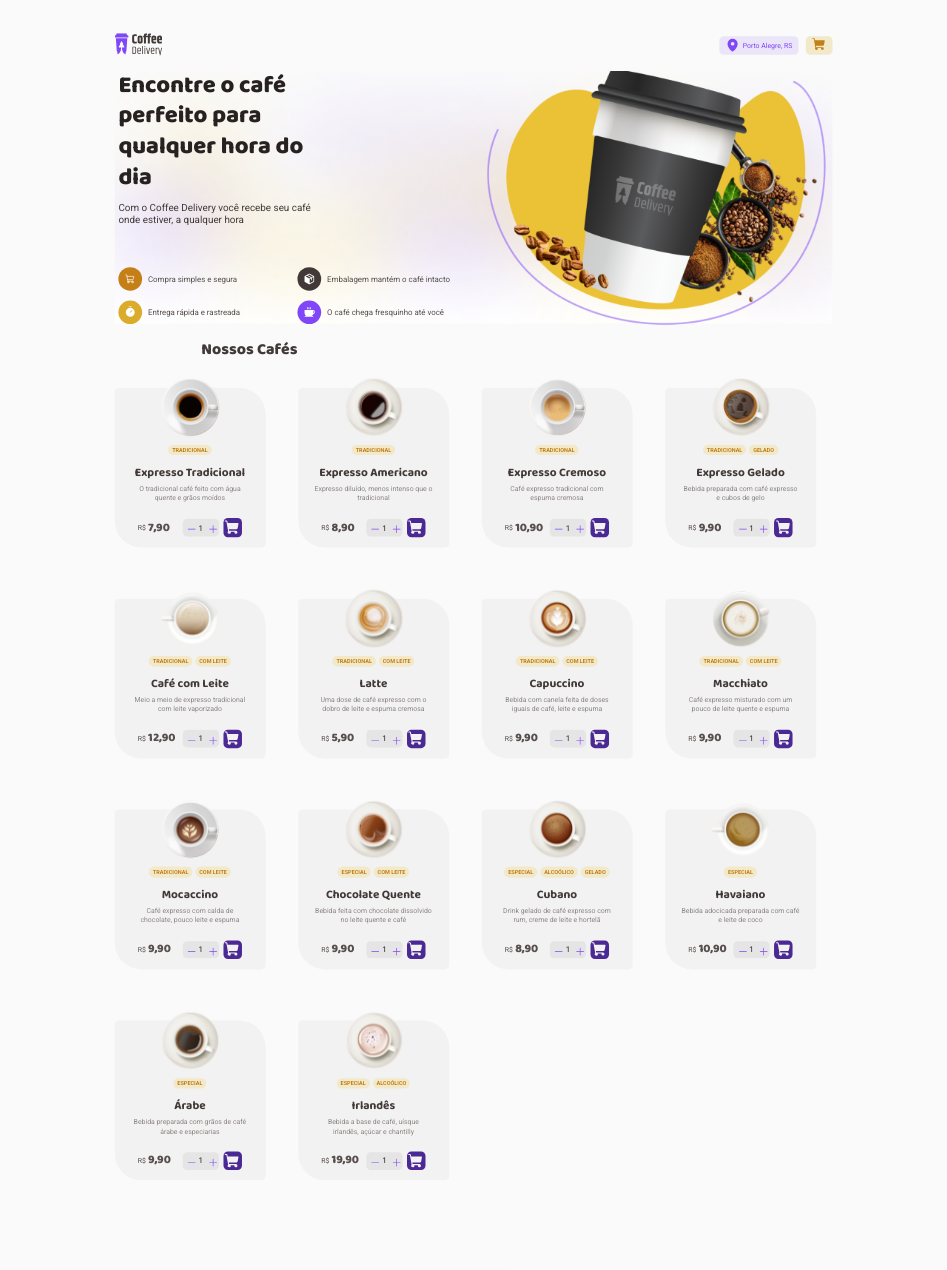
Repository: guilhermecardoso93/react-coffee-delivery
Page: /
An editor plug-in stored every save of this project. The page is shown before and after the next save, followed by the edit.
The browser window is 1280 px wide. The pictures show the whole page, at 74% of full size.
The project was rebuilt for these pictures with package versions that can differ from the ones it lists, and the page was loaded fresh each time. Also part of the build but not shown: vite.config.ts, src/pages/CompleteOrder/components/SectiontitleForm/styles.ts, src/pages/CompleteOrder/components/SectiontitleForm/index.tsx, src/components/Input/styles.ts, src/components/Input/index.tsx, src/pages/CompleteOrder/styles.ts, src/pages/CompleteOrder/components/CompleteOrderForm/styles.ts, src/pages/CompleteOrder/components/CompleteOrderForm/AdressForm.tsx and 9 more.

Above is the page before, as saved 2022-07-20 20:55:20.

### index.html
<!DOCTYPE html>
<html lang="en">
  <head>
    <meta charset="UTF-8" />
    <link rel="icon" type="image/svg+xml" href="/src/assets/favicon.ico" />
    <link rel="preconnect" href="https://fonts.googleapis.com" />
    <link rel="preconnect" href="https://fonts.gstatic.com" crossorigin />
    <meta name="viewport" content="width=device-width, initial-scale=1.0" />
    <link
      href="https://fonts.googleapis.com/css2?family=Baloo+2:wght@700;800&family=Roboto:wght@400;500;700&display=swap"
      rel="stylesheet"
    />
    <title>Coffee Delivery - Rocketseat</title>
  </head>
  <body>
    <div id="root"></div>
    <script type="module" src="/src/main.tsx"></script>
  </body>
</html>

### src/App.tsx
import { ThemeProvider } from "styled-components";
import { defaultTheme } from "./styles/themes/default";
import { GlobalStyle } from "./styles/global";
import { Router } from "./Router";
import { BrowserRouter } from "react-router-dom";

export function App() {
  return (
    <ThemeProvider theme={defaultTheme}>
      <BrowserRouter>
        <Router />
        <GlobalStyle />
      </BrowserRouter>
    </ThemeProvider>
  );
}

### src/styles/themes/default.ts
export const defaultTheme = {
  colors: {
    "white": "#FFFFFF",
    "base-background": "#FAFAFA",
    "base-card": "#F3F2F2",
    "base-input": "#EDEDED",
    "base-button": "#E6E5E5",
    "base-hover": "#D7D5D5",
    "base-label": "#8D8686",
    "base-text": "#574F4D",
    "base-subtitle": "#403937",
    "base-title": "#272221",
    "base-error": "#f84747",
    "brand-purple-dark": "#4B2995",
    "brand-purple": "#8047F8",
    "brand-purple-light": "#EBE5F9",
    "brand-yellow-dark": "#C47F17",
    "brand-yellow": "#DBAC2C",
    "brand-yellow-light": "#F1E9C9"
  },
  textSizes: {
    "title-title-xl": "3rem",
    "title-title-l": "2rem",
    "title-title-m": "1.5rem",
    "title-title-s": "1.2rem",
    "title-title-xs": "1.125rem",
    "text-regular-l": "1.25rem",
    "text-bold-l": "1.25rem",
    "text-regular-m": "1rem",
    "text-bold-m": "1rem",
    "text-regular-s": "0.875rem",
    "text-bold-s": "0.75rem",
    "components-tag": "0.625rem",
    "components-button-g": "0.875rem",
    "components-button-s": "0.75rem",
  },
  fonts: {
    regular: "'Roboto'",
    title: "'Baloo 2'",
  },
};

### src/styles/global.ts
import { createGlobalStyle } from "styled-components";
import { px2vw } from "../utils/px2vw";

export const GlobalStyle = createGlobalStyle`
  * {
    margin: 0;
    padding: 0;
    box-sizing: border-box;
    outline: none;
  }
  :root {
      font-size: ${px2vw(16)};

      @media (min-width: 768px) {
        font-size: ${px2vw(14)};
      }

      @media (min-width: 1024px) {
        font-size: ${px2vw(12)};
      }
    }
  body {
    background: ${({ theme }) => theme.colors["base-background"]};
    color: ${({ theme }) => theme.colors["base-text"]};
    -webkit-font-smoothing: antialiased;
  }
  body, input, textarea, button {
    font-family: 'Roboto', sans-serif;
    font-weight: 400;
    font-size: 1rem;
  }
  button {
    cursor: pointer;
  }
  a {
    text-decoration: none;
  }
  input::-webkit-outer-spin-button,
  input::-webkit-inner-spin-button {
    -webkit-appearance: none;
    margin: 0;
  }
  input[type="number"] {
    -moz-appearance: textfield;
  }
  ::-webkit-scrollbar {
    width: 0.4rem;
  }
  ::-webkit-scrollbar-track {
    background: ${({ theme }) => theme.colors["base-button"]}
  }
  ::-webkit-scrollbar-thumb {
    border-radius: 2rem;
    background: ${({ theme }) => theme.colors["brand-purple"]}
  }
`;

### src/Router.tsx
import { Route, Routes } from "react-router-dom";
import { DefaultLayout } from "./layouts/DefaultLayout";
import { CompleteOrder } from "./pages/CompleteOrder";
import { Home } from "./pages/Home";

export function Router() {
  return (
    <Routes>
      <Route path="/" element={<DefaultLayout />}>
        <Route path="/" element={<Home />} />
        <Route path="/completeorder" element={<CompleteOrder />} />
      </Route>
    </Routes>
  );
}

### src/utils/px2vw.ts
export const px2vw = (size: number, width = 1440) => `${(size / width) * 100}vw`;

### src/pages/Home/index.tsx
import { useTheme } from "styled-components";
import { Intro } from "./Intro";
import { Menu } from "./Menu";
import { HomeContainer } from "./styles";

interface BenefitItemProps {
  iconBg?: string;
}

export function Home({ iconBg }: BenefitItemProps) {

  return (
    <HomeContainer>
      <Intro />
      <Menu/>
    </HomeContainer>
  );
}

### src/components/Header/index.tsx
import { MapPin, ShoppingCart } from "phosphor-react";
import { NavLink } from "react-router-dom";
import Logo from "../../assets/logo.svg";
import { HeaderButton, HeaderButtonBase, HeaderContainer } from "./styles";

export function Header() {
  return (
    <HeaderContainer>
      <div>
        <NavLink to="/">
          <img
            src={Logo}
            alt="Coffee Delivery Logo - copo de café escrito delivery"
          />
        </NavLink>
      </div>
      <div>
        <HeaderButton>
          <HeaderButtonBase variant="purple">
            <MapPin size={20} weight="fill" />
            Porto Alegre, RS
          </HeaderButtonBase>
          <HeaderButtonBase variant="yellow">
            <NavLink to="/completeorder">
              <ShoppingCart size={20} weight="fill" />
            </NavLink>
          </HeaderButtonBase>
        </HeaderButton>
      </div>
    </HeaderContainer>
  );
}

### src/layouts/DefaultLayout/styles.ts
import styled from "styled-components";

export const LayoutContainer = styled.div`
  max-width: 80vw;
  margin: 0 auto;
  padding: 2.5rem;

  display: flex;
  flex-direction: column;

  .container {
    width: 100%;
    max-width: 70rem;
    margin-right: auto;
    margin-left: auto;

    padding: 0 0.5rem;
  }
`;

### src/pages/Home/Intro/index.tsx
import { Coffee, MapPin, Package, ShoppingCart, Timer } from "phosphor-react";
import { RegularText } from "../../../components/Texts";
import { useTheme } from "styled-components";
import CoffeHome from "../../../assets/intro-img.png";
import {
  BenefitsContainer,
  IconList,
  IntroContainer,
  IntroContent,
  IntroTitle,
  CoffeeImgHome
} from "./styles";

interface BenefitItemProps {
  iconBg?: string;
}

export function Intro({ iconBg }: BenefitItemProps) {
  const { colors } = useTheme();

  return (
    <IntroContainer>
      <IntroContent className="container">
        <div>
          <section>
            <IntroTitle size="xl">
              Encontre o café perfeito para qualquer hora do dia
            </IntroTitle>
            <RegularText
              as="h3"
              size="l"
              color="subtitle"
              className="regularText"
            >
              Com o Coffee Delivery você recebe seu café onde estiver, a
              qualquer hora
            </RegularText>
          </section>
          <BenefitsContainer>
            <IconList iconBg={colors["brand-yellow-dark"]} className="area01">
              <div>
                <ShoppingCart size={14} />
              </div>
              <p>Compra simples e segura</p>
            </IconList>
            <IconList iconBg={colors["base-subtitle"]} className="area02">
              <div>
                <Package size={16} weight="fill" />
              </div>
              <p>Embalagem mantém o café intacto</p>
            </IconList>
            <IconList iconBg={colors["brand-yellow"]} className="area03">
              <div>
                <Timer size={16} weight="fill" />
              </div>
              <p>Entrega rápida e rastreada</p>
            </IconList>
            <IconList iconBg={colors["brand-purple"]} className="area04">
              <div>
                <Coffee size={16} weight="fill" />
              </div>
              <p>O café chega fresquinho até você</p>
            </IconList>
          </BenefitsContainer>
        </div>
      </IntroContent>
      <CoffeeImgHome>
        <img src={CoffeHome} />
      </CoffeeImgHome>
    </IntroContainer>
  );
}

### src/pages/Home/Menu/index.tsx
import { TitleText } from "../../../components/Texts";
import { coffees } from "../../../data/coffees";
import { MenuCard } from "../MenuCard";
import { MenuContainer, MenuList } from "./styles";

export function Menu() {
  return (
    <MenuContainer>
      <TitleText size="l" color="subtitle" className="container">
        Nossos Cafés
      </TitleText>
      <MenuList>
        {coffees.map(coffee => <MenuCard key={coffee.id} coffee={coffee} />)}
      </MenuList>
    </MenuContainer>
  );
}

### src/pages/Home/styles.ts
import styled from "styled-components";

export const HomeContainer = styled.main`
  margin-bottom: 4.8rem;
`;

### src/components/Header/styles.ts
import styled, { css } from "styled-components";

export const HeaderContainer = styled.header`
  width: 100%;
  display: flex;
  align-items: center;
  justify-content: space-between;
  height: 6.5rem;
  background: ${({ theme }) => theme.colors["base-background"]};
  position: sticky;
  top: 0;
  left: 0;
  z-index: 5;

  img {
    width:6rem;
  }
`;

export const HeaderButton = styled.div`
  display: flex;
  align-items: center;
  justify-content: center;
  gap: 1rem;
`;

interface HeaderButtonProps {
  variant: "purple" | "yellow";
}

export const HeaderButtonBase = styled.div<HeaderButtonProps>`
  display: flex;
  justify-content: center;
  align-items: center;
  padding: 8px;
  gap: 4px;
  border-radius: 6px;
  border: none;
  min-width: 2.3rem;
  height: 2.3rem;
  position: relative;
  font-size: 0.875rem;

  ${({ variant, theme }) =>
    variant === "purple" &&
    css`
      background-color: ${theme.colors[`brand-${variant}-light`]};
      color: ${theme.colors[`brand-${variant}`]};
    `}

  ${({ variant, theme }) =>
    variant === "yellow" &&
    css`
      background-color: ${theme.colors[`brand-${variant}-light`]};
      svg {
        color: ${theme.colors[`brand-${variant}-dark`]};
      }
    `}
`;

### src/components/Texts.ts
import styled from "styled-components";

interface TitleTextProps {
  size?: "xl" | "l" | "m" | "s" | "xs";
  color?: "title" | "subtitle" | "text";
  weight?: string | number;
}

interface RegularTextProps {
  size?: "l" | "m" | "s";
  color?: "text" | "subtitle" | "label";
  weight?: string | number;
}

export const TitleText = styled.h1<TitleTextProps>`
  color: ${({ theme, color }) => theme.colors[`base-${color ?? "title"}`]};
  font-size: ${({ theme, size }) =>
    theme.textSizes[`title-title-${size ?? "m"}`]};
  font-family: ${({ theme }) => theme.fonts.title};
  line-height: 130%;
  font-weight: ${({ weight }) => weight ?? 800};
`;

export const RegularText = styled.p<RegularTextProps>`
  color: ${({ theme, color }) => theme.colors[`base-${color ?? "text"}`]};
  font-size: ${({ theme, size }) =>
    theme.textSizes[`text-regular-${size ?? "m"}`]};
  line-height: 130%;
  font-weight: ${({ weight }) => weight ?? 400};
`;

### src/pages/Home/Intro/styles.ts
import styled from "styled-components";
import background from "../../../assets/intro-background.png";
import { rgba } from "polished";
import { TitleText } from "../../../components/Texts";

interface IconsContainerProps {
  iconBg: string;
}

export const IntroContainer = styled.section`
  width: 100%;
  height: 32rem;

  background: ${({ theme }) => `url(${background}) no-repeat center,
      linear-gradient(
        0deg,
        ${theme.colors["white"]} 0%,
        ${rgba(theme.colors["base-background"], 0.2)} 50%,
        ${theme.colors["base-background"]} 100%
      )`};
  background-size: cover;
  display: flex;
  align-items: center;
  justify-content: center;
`;

export const IntroContent = styled.div`
  width: 100%;
  display: flex;
  align-items: center;
  justify-content: space-between;
  gap: 3.5rem;

  .regularText {
    width: 60%;
  }
`;
export const IntroTitle = styled(TitleText)`
  width: 60%;
  margin-bottom: 1rem;
`;

export const BenefitsContainer = styled.div`
  width: 100%;
  display: grid;
  grid-template-columns: 1fr 1fr;
  row-gap: 1.25rem;
  margin-top: 5.125rem;
`;

export const IconList = styled.span<IconsContainerProps>`
  display: flex;
  align-items: center;
  gap: 0.75rem;

  div {
    display: flex;
    flex-direction: row;
    justify-content: center;
    align-items: center;
    padding: 8px;
    gap: 8px;
    background: ${({ iconBg }) => iconBg};
    width: 32px;
    height: 32px;
    color: ${(props) => props.theme.colors["white"]};
    border-radius: 50%;
    border: none;
  }
  p {
    color: ${(props) => props.theme.colors["base-text"]};
  }
`;

export const CoffeeImgHome = styled.div`
  display: flex;
  align-items: center;
  justify-content: center;
`;

### src/pages/Home/MenuCard/index.tsx
import { RegularText, TitleText } from "../../../components/Texts";
import { ShoppingCart } from "phosphor-react";
import {
  MenuCardContainer,
  Name,
  Tags,
  Description,
  CardFooter,
  CardOrderQuantity
} from "./styles";
import CoffeImg1 from "../../../assets/coffees/coffee.png";
import { QuantityInput } from "../../../components/QuantityInput";
import { formatMoney } from "../../../utils/formatMoney";

export interface Coffee {
  id: number;
  tags: string[];
  name: string;
  description: string;
  photo: string;
  price: number;
}

interface CoffeeProps {
  coffee: Coffee;
}

export function MenuCard({ coffee }: CoffeeProps) {
  const pricePretty = formatMoney(coffee.price)

  return (
    <MenuCardContainer>
      <img src={`../coffees/${coffee.photo}`} />
      <Tags>
       {coffee.tags.map( (tag) =>(
         <span key={`${coffee.id}${coffee.tags}`}>{tag}</span>
       ))}
      </Tags>
      <Name>{coffee.name}</Name>

      <Description>
        {coffee.description}
      </Description>

      <CardFooter>
        <div>
          <RegularText size="s">R$</RegularText>
          <TitleText size="m" color="text" as="strong">
            {pricePretty}
          </TitleText>
        </div>
        <CardOrderQuantity>
          <QuantityInput />
          <button>
            <ShoppingCart size={22} weight="fill" />
          </button>
        </CardOrderQuantity>
      </CardFooter>
    </MenuCardContainer>
  );
}

### src/pages/Home/Menu/styles.ts
import styled from "styled-components";

export const MenuContainer = styled.section`
  width: 100%;
  margin-top: 2rem;
`;

export const MenuList = styled.div`
  width: 100%;
  display: grid;
  grid-template-columns: repeat(4, 1fr);
  column-gap: 2rem;
  row-gap: 2.5rem;
  margin-top: 3.5rem;
`;

### src/components/QuantityInput/index.tsx
import { Minus, Plus } from "phosphor-react";
import { Icon, QuantityInputContainer } from "./styles";

interface QuantityInputProps {
  size?: "medium" | "small";
  quantity?: number;
  onIncrease?: () => void;
  onDecrease?: () => void;
}

export function QuantityInput({
  onIncrease,
  onDecrease,
  quantity,
  size = "medium"
}: QuantityInputProps) {
  return (
    <QuantityInputContainer size={size}>
      <Icon>
        <Minus size={14} weight="fill" />
      </Icon>
      <input type="number" readOnly value={1} />
      <Icon>
        <Plus size={14} weight="fill" />
      </Icon>
    </QuantityInputContainer>
  );
}

### src/pages/Home/MenuCard/styles.ts
import styled from "styled-components";
import { RegularText, TitleText } from "../../../components/Texts";

export const MenuCardContainer = styled.section`
  width: 90%;
  background-color: ${({ theme }) => theme.colors["base-card"]};
  border-radius: 6px 36px 6px 36px;
  padding: 1.3rem;
  display: flex;
  flex-direction: column;
  align-items: center;
  justify-content: center;
  padding-top: 0;
  text-align: center;
  margin-bottom: 4rem;
  transition: 0.4s;

  img {
    width: 7.5rem;
    height: 7.5rem;
    margin-top: -1.25rem;
  }
`;

export const Tags = styled.div`
  width: 100%;
  display: flex;
  align-items: center;
  justify-content: center;
  gap: 4px;
  margin-top: 1rem;
  margin-bottom: 1.25rem;
  flex-wrap: wrap;

  span {
    background-color: ${({ theme }) => theme.colors["brand-yellow-light"]};
    color: ${({ theme }) => theme.colors["brand-yellow-dark"]};

    font-size: 0.7rem;
    font-weight: 700;
    text-transform: uppercase;

    padding: 0.25rem 0.5rem;
    border-radius: 999px;
  }
`;

export const Name = styled(TitleText).attrs({
  color: "subtitle",
  weight: 700
})`
  margin-bottom: 0.5rem;
  font-size: 1.5rem;
`;

export const Description = styled(RegularText).attrs({
  color: "label"
})`
  width: 15rem;
  margin-bottom: 2rem;
  font-size: 0.875rem;
`;

export const CardFooter = styled.div`
  width: 80%;
  display: flex;
  align-items: center;
  justify-content: space-between;

  > div {
    display: flex;
    align-items: center;
    gap: 3px;

    p {
      line-height: 0.75rem;
    }
  }
`;

export const CardOrderQuantity = styled.div`
  width: 7.5rem;

  > button {
    width: 2.375rem;
    height: 2.375rem;
    border: none;
    display: flex;
    align-items: center;
    justify-content: center;
    background-color: ${({ theme }) => theme.colors["brand-purple-dark"]};
    color: ${({ theme }) => theme.colors["base-card"]};
    border-radius: 6px;
    margin-left: 0.3rem;
    transition: 0.4s;

    &:hover {
      background-color: ${({ theme }) => theme.colors["brand-purple"]};
    }
  }
`;

### src/utils/formatMoney.ts
export function formatMoney(value: number) {
  return value.toLocaleString("pt-BR", {
    minimumFractionDigits: 2,
  });
}

### src/components/QuantityInput/styles.ts
import styled from "styled-components";

interface QuantityInput {
  size?: "medium" | "small";
}

export const QuantityInputContainer = styled.div`
  flex: 1;
  display: flex;
  align-items: center;
  justify-content: space-between;
  gap: 4px;
  padding: 0.5rem;

  background: ${({ theme }) => theme.colors["base-button"]};
  border-radius: 6px;

  input {
    text-align: center;
    width: 100%;
    background: none;
    border: none;
    color: ${({ theme }) => theme.colors["base-title"]};

    &:focus {
      outline: none;
    }
  }
`;

export const Icon = styled.button.attrs({
  type: "button"
})`
  width: 0.875rem;
  height: 0.875rem;
  background: none;
  border: none;
  color: ${({ theme }) => theme.colors["brand-purple"]};
  transition: 0.4s;

  &:disabled {
    opacity: 0.4;
  }

  &:not(:disabled):hover {
    color: ${({ theme }) => theme.colors["brand-purple-dark"]};
  }
`;

Loaded but not shown: src/main.tsx (common file); src/layouts/DefaultLayout/index.tsx (common file); src/data/coffees.ts (118 lines, source omitted)

After the next save:
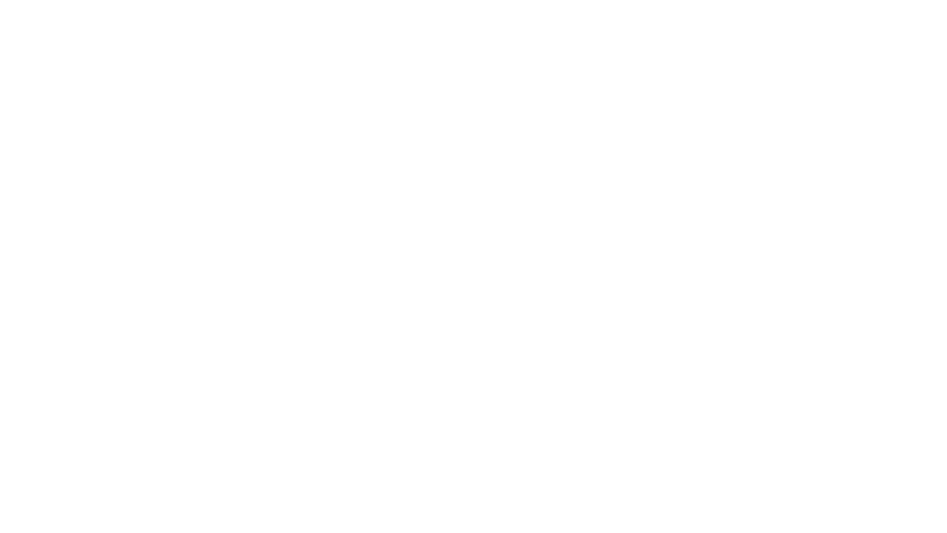
Console error: ReferenceError: css is not defined
Saved 35 s later.
--- a/src/components/QuantityInput/styles.ts
+++ b/src/components/QuantityInput/styles.ts
@@ -6,26 +6,32 @@
 
 export const QuantityInputContainer = styled.div`
   flex: 1;
+  background: ${({ theme }) => theme.colors["base-button"]};
   display: flex;
   align-items: center;
   justify-content: space-between;
   gap: 4px;
-  padding: 0.5rem;
-
-  background: ${({ theme }) => theme.colors["base-button"]};
   border-radius: 6px;
-
   input {
     text-align: center;
     width: 100%;
     background: none;
     border: none;
     color: ${({ theme }) => theme.colors["base-title"]};
-
     &:focus {
       outline: none;
     }
   }
+  ${({ size }) =>
+    size === "medium" &&
+    css`
+      padding: 0.5rem;
+    `}
+  ${({ size }) =>
+    size === "small" &&
+    css`
+      padding: 0.3rem 0.5rem;
+    `}
 `;
 
 export const Icon = styled.button.attrs({
@@ -33,15 +39,13 @@
 })`
   width: 0.875rem;
   height: 0.875rem;
+  border: none;
   background: none;
-  border: none;
   color: ${({ theme }) => theme.colors["brand-purple"]};
   transition: 0.4s;
-
   &:disabled {
     opacity: 0.4;
   }
-
   &:not(:disabled):hover {
     color: ${({ theme }) => theme.colors["brand-purple-dark"]};
   }

After the save that followed:
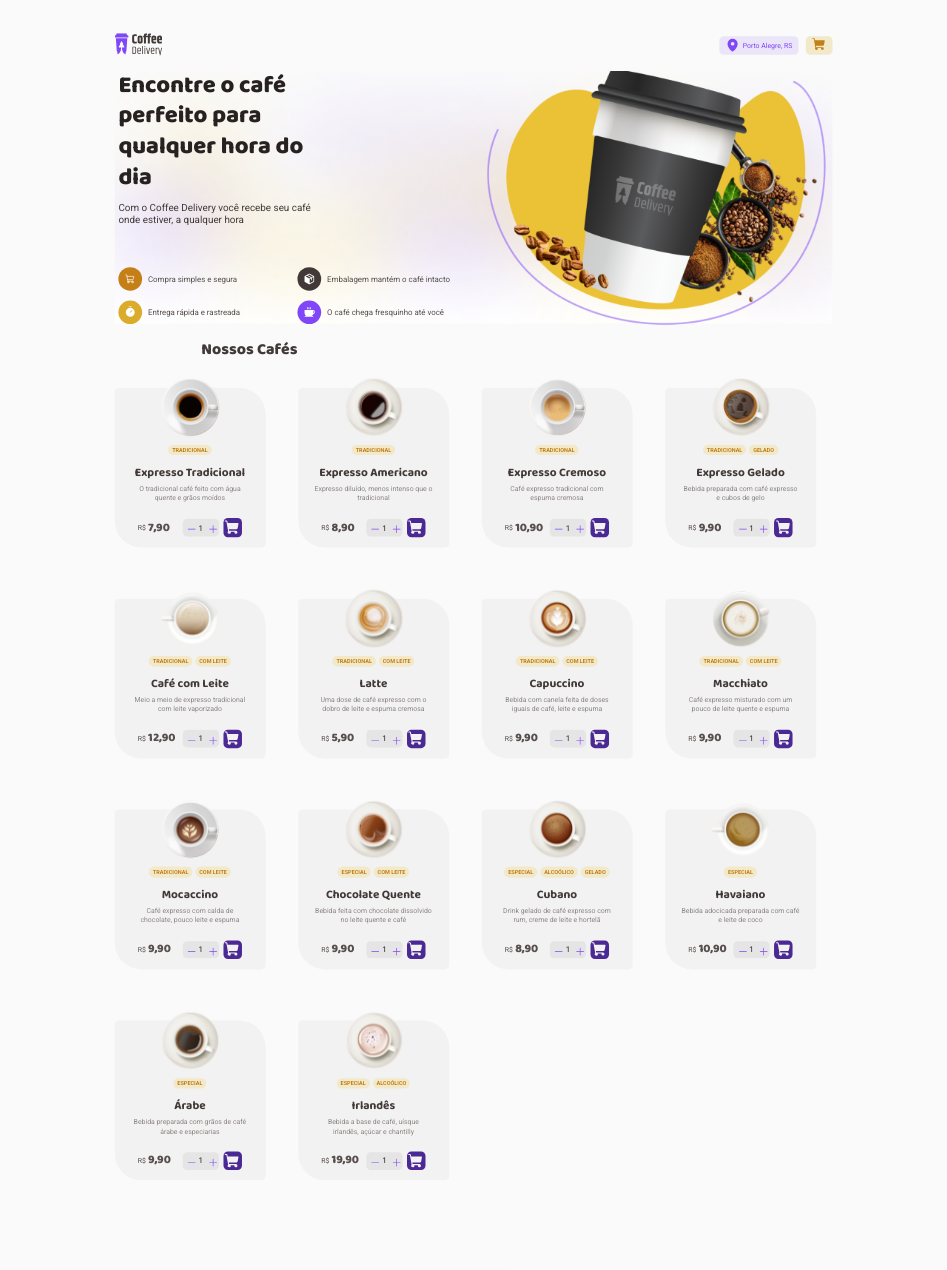
The error is gone.
Saved 34 s later.
--- a/src/components/QuantityInput/styles.ts
+++ b/src/components/QuantityInput/styles.ts
@@ -1,10 +1,10 @@
-import styled from "styled-components";
+import styled, { css } from "styled-components";
 
 interface QuantityInput {
   size?: "medium" | "small";
 }
 
-export const QuantityInputContainer = styled.div`
+export const QuantityInputContainer = styled.div<QuantityInput>`
   flex: 1;
   background: ${({ theme }) => theme.colors["base-button"]};
   display: flex;
